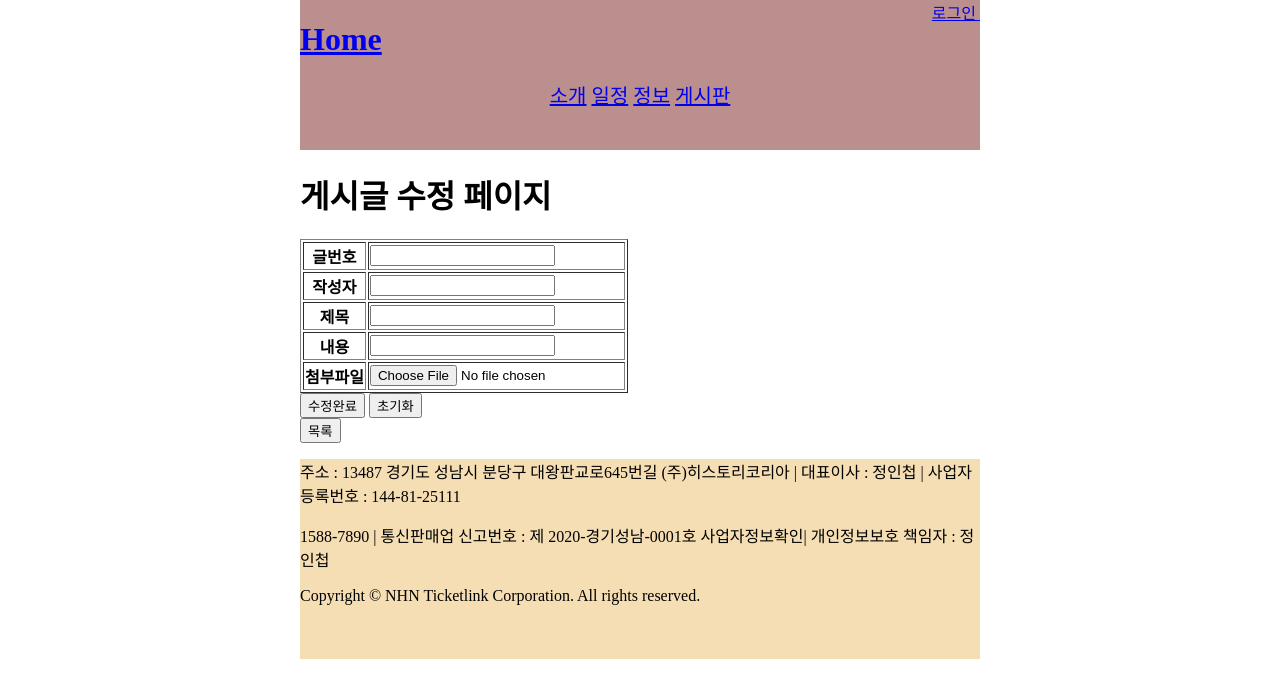
Repository: dlscjq34/JSP_historyTour
Page: http://localhost/HistoryTour/WEB-INF/views/ticketing/boardDetailReply.jsp
These files come from the project's save history. The page is drawn as it stood at one moment and after the next save; the edit follows.
The browser window is 1280 px wide. The pictures show the whole page.
The page is served by Tomcat 9. Nobody is signed in. Other server files are loaded and not shown. The template is opened directly, without the code that normally fills it, so the values that code supplies are empty.

Above is the page before, as saved 2020-12-18 11:23:47.

### HistoryTour/WebContent/WEB-INF/views/ticketing/boardDetailReply.jsp
<%@ page language="java" contentType="text/html; charset=UTF-8"
    pageEncoding="UTF-8"%>
<%@ taglib prefix="c" uri="http://java.sun.com/jsp/jstl/core" %>
<%@ taglib prefix="fmt" uri="http://java.sun.com/jsp/jstl/fmt" %>

<!DOCTYPE html>
<html>
<head>
	<jsp:include page="/WEB-INF/views/include/head.jsp" />
	<script src="https://ajax.googleapis.com/ajax/libs/jquery/3.5.1/jquery.min.js" ></script>
</head>
 	<!-- <header> -->
    <jsp:include page="/WEB-INF/views/include/header.jsp" />
<body>
	<h1>게시글 수정 페이지</h1>

	<form action="boardDetailUpdatePro.do" method="post" enctype="multipart/form-data">
		<input type="hidden" name="nowIndex" value="${ nowIndex }">
		<input type="hidden" name="method" value="${ method }">
		<input type="hidden" name="field" value="${ field }">
		<input type="hidden" name="word" value="${ word }">
	 	<table border="1">
         <thead>
             <tr>
                 <th>글번호</th>
                 <td><input type="text" name="num" value="${ vo.num }" readonly></td>
             </tr>
             <tr>
                 <th>작성자</th>
                 <td><input type="text" name="writer" value="${ vo.writer }" readonly></td>
             </tr>
             <tr>
                 <th>제목</th>
                 <td><input type="text" name="title" value="${ vo.title }"></td>
             </tr>
             <tr>
                 <th>내용</th>
                 <td><input type="text" name="content" value="${ vo.content }"></td>
             </tr>
             <tr>
                 <th>첨부파일</th>
                 <td>
                 	<%-- 첨부파일이 있나 없나? ----------------------------------------%>
               		 <c:choose>


               		 	<%-- 첨부파일 없을 시 ----------------------------------------%>
                 		<c:when test="${ empty vo.filename }">

                 			<input type="file" name="newFile">

                 		</c:when>


                 		<%-- 첨부파일 있을 시 ----------------------------------------%>
                 		<c:otherwise>

                 				<c:choose>

									<%-- 첨부파일 있을 시 이미지이면 ----------------------%>
			                 		<c:when test="${ isImage }">

				                 		<div class="delBtn">
				                 			<a href="upload/${ vo.filename }">
				                 				<img src="upload/${ vo.filename }" width="200" height="100">
				               				</a>
				               				<input type="button" value="파일삭제">
										</div>
			               				<input type="hidden" name="oldFileName" value="${ vo.filename }">

			                 		</c:when>

			                 		<%-- 첨부파일 있을 시 일반 파일이면 -----------------%>
			                 		<c:otherwise>

			                 			<div class="delBtn">
			                 				<a href="upload/${ vo.filename }">${ vo.filename }</a>
			                 				<input type="button" value="파일삭제">
		                 				</div>
			                 			<input type="hidden" name="oldFileName" value="${ vo.filename }">

			                 		</c:otherwise>

	           		            </c:choose>

                 		</c:otherwise>

                 	</c:choose>
                 </td>
             </tr>
     	</table>

     	<input type="submit" value="수정완료">
     	<input type="reset" value="초기화">
	</form>

    <input type="button" value="목록" onclick="location.href='board.do?nowIndex=${ nowIndex }&method=${ method }&field=${ field }&word=${ word }'">


    <!-- <footer> -->
    <jsp:include page="/WEB-INF/views/include/footer.jsp" />
</body>

<script>	// 파일 삭제 클릭 시
	$('.delBtn').click(function() {
		/* alert($(this).next().attr('name'));	//test */
		/* $(this).next().css('color', 'red'); //test */

		$(this).next().prop('name', 'delFilename');	//클릭버튼 다음 태그의 이름을 변경(컨틀로러에서 사용)
		$(this).closest('td').prepend('<input type="file" name="newFile">'); // 가장 가까운 태그에 파일입력폼 삽입
		$(this).closest('div').remove();	// 기존 파일 표시 해제(컨트롤러에서 삭제)

	});
</script>

</html>

### HistoryTour/WebContent/WEB-INF/views/include/head.jsp
<%@ page language="java" contentType="text/html; charset=UTF-8"
    pageEncoding="UTF-8"%>
<meta charset="UTF-8">
<meta name="viewport" content="width=device-width, initial-scale=1.0">
<title>Document</title>
<link rel="stylesheet" href="css/common.css">

### HistoryTour/WebContent/WEB-INF/views/include/header.jsp
<%@ page language="java" contentType="text/html; charset=UTF-8"
    pageEncoding="UTF-8"%>
<%@ taglib prefix="c" uri="http://java.sun.com/jsp/jstl/core" %>
<%
	//쿠키에 아이디가 있으면 세션으로 빼온다.
	Cookie[] cookies = request.getCookies();

	if (cookies != null) {
		for(Cookie cookie : cookies) {
			if(cookie.getName().equals("id")) {
				String id = cookie.getValue();
				session.setAttribute("id", id);
			}
		}
	}

	String id = (String)session.getAttribute("id");
%>

<header>
    <div class="home-line">
        <h1><a href="index.do">Home</a></h1>
        <!-- 세션으로 빼온 아이디가 있으면 -->
<%
			if (id != null) {
%>
        		${ id } 님 반갑습니다.&nbsp;
        		<a href="myPage.do">마이페이지</a>&nbsp;
        		<a href="logoutPro.do">로그아웃</a>
<%
			} else {
%>
        	<!-- 세션으로 빼온 아이디가 없으면 -->
        		 <a href="login.do">로그인&nbsp;</a>
<%
			}
%>

    </div>
    <div class="menu">
        <a href="intro.do">소개</a>
        <a href="schedule.do">일정</a>
        <a href="information.do">정보</a>
        <a href="board.do">게시판</a>
    </div>
</header>

### HistoryTour/WebContent/WEB-INF/views/include/footer.jsp
<%@ page language="java" contentType="text/html; charset=UTF-8"
    pageEncoding="UTF-8"%>
<footer>
    <p>주소 : 13487 경기도 성남시 분당구 대왕판교로645번길 (주)히스토리코리아 | 대표이사 : 정인첩 | 사업자등록번호 : 144-81-25111</p>
    <p>1588-7890 |  통신판매업 신고번호 : 제 2020-경기성남-0001호 사업자정보확인| 개인정보보호 책임자 : 정인첩</p>
    <p>Copyright © NHN Ticketlink Corporation. All rights reserved.</p>
</footer>

### HistoryTour/WebContent/css/common.css
body {
  grid-template-columns: 1fr 1fr;
  box-sizing: border-box;
  margin: 0 300px;
}

/* header ----------------------------------------------- */

header {
  background: rosybrown;
  height: 150px;
}
header .home-line {
  display: flex;
}
header .home-line h1 {
  flex: 1;
}
header .menu {
  text-align: center;
  font-size: 20px;
}

/* <aside> <article> ----------------------------------------------- */

.center {
  display: flex;
  height: 500px;
  background: turquoise;
}
.center aside {
  background: sandybrown;
  flex: 2;
}
.center article {
  background: thistle;
  flex: 8;
  text-align: center;
}


/* footer ----------------------------------------------- */

footer {
  background: wheat;
  height: 200px;
}

After the next save:
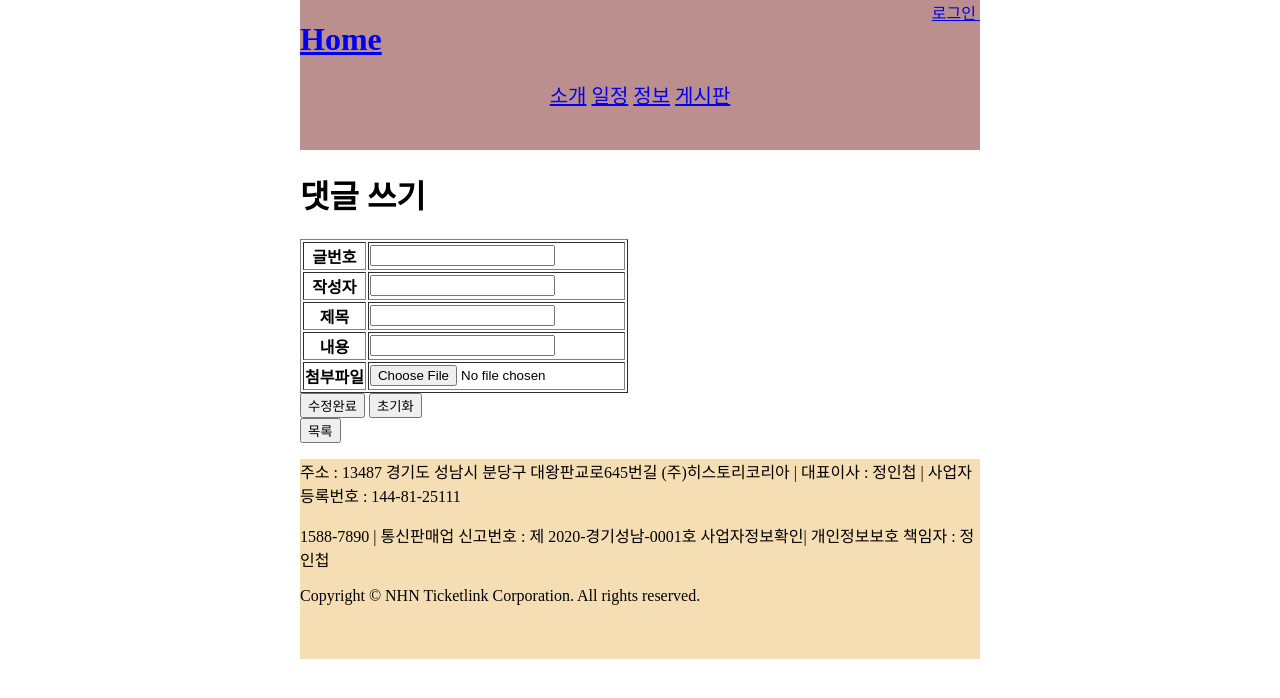
Saved 4 min 15 s later.
--- a/HistoryTour/WebContent/WEB-INF/views/ticketing/boardDetailReply.jsp
+++ b/HistoryTour/WebContent/WEB-INF/views/ticketing/boardDetailReply.jsp
@@ -12,7 +12,7 @@
  	<!-- <header> -->
     <jsp:include page="/WEB-INF/views/include/header.jsp" />
 <body>
-	<h1>게시글 수정 페이지</h1>
+	<h1>댓글 쓰기</h1>
 
 	<form action="boardDetailUpdatePro.do" method="post" enctype="multipart/form-data">
 		<input type="hidden" name="nowIndex" value="${ nowIndex }">
